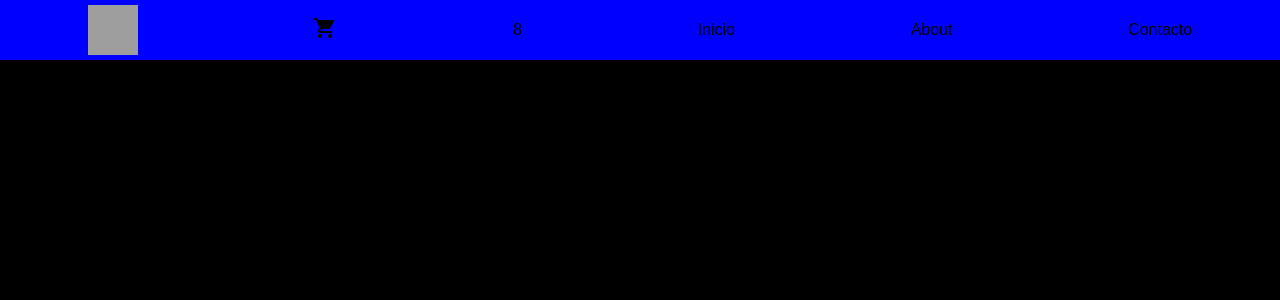
Repository: Toydrum/React-HectorCoronado
Page: /
The author's editor kept a copy of each file at every save. The page is drawn from the files as they stood at one save, then again after the next save.
The browser window is 1280 px wide. The pictures show the whole page.
Pictures or frames that could not be fetched are drawn as grey boxes. The page's requests for data from a server got no answer. The project was rebuilt for these pictures with package versions that can differ from the ones it lists, and the page was loaded fresh each time. No one was signed in, and anything a server would have sent is missing. Also part of the build but not shown: src/components/CardUser/CardUser.jsx.

Above is the page before, as saved 2023-06-17 01:19:50.

### src/index.css
body {
  margin: 0;
  font-family: -apple-system, BlinkMacSystemFont, 'Segoe UI', 'Roboto', 'Oxygen',
    'Ubuntu', 'Cantarell', 'Fira Sans', 'Droid Sans', 'Helvetica Neue',
    sans-serif;
  -webkit-font-smoothing: antialiased;
  -moz-osx-font-smoothing: grayscale;
  background-color:black;
}

code {
  font-family: source-code-pro, Menlo, Monaco, Consolas, 'Courier New',
    monospace;
}

### src/App.jsx
import React from 'react'
import './App.css';

//Components
import NavBar from "./components/Navbar/Navbar"
//import CardUser from "./components/CardUser/CardUser"
import CardList from "./components/CardList/CardList"

function App() {
  return (
    <div className="App">
      <NavBar />
      <div className='Cards-Container'>
        <CardList/>
      </div>
    </div>
  );
}

export default App;

### src/App.css
.App {
  display: flex;
  flex-direction: column;
  justify-content: center;
}

.Cards-Container{
  display: flex;
  width: 100%;
  justify-content: center;
}

### src/components/Navbar/Navbar.jsx
import React from "react";
import "./Navbar.css";
import ItemListContainer from "../Contenedor/ItemListContainer";
import CartWidget from "../CartWidged/CartWidget";
import logo from "./cat-logo.png";
const styles = {
  NavBar: {
    display: "flex",
    justifyContent: "space-around",
    alignItems: "center",
    listStyleType: "none",
    fontFamily: "sans-serif",
    backgroundColor: "blue",
    margin: 0,
    padding: 0,
    height: 60,
  },
};

const NavBar = () => {
  return (
    <>
      <nav>
        <ul style={styles.NavBar}>
          <img src={logo} className="catLogo" />
          <CartWidget />
          <ItemListContainer contador="8" />
          <li>
            <a className="link" href="https://www.google.com.mx/?hl=es">
              Inicio
            </a>
          </li>
          <li>
            <a className="link" href="https://www.google.com.mx/?hl=es">
              About
            </a>
          </li>
          <li>
            <a className="link" href="https://www.google.com.mx/?hl=es">
              Contacto
            </a>
          </li>
        </ul>
      </nav>
    </>
  );
};

export default NavBar;

### src/components/CardList/CardList.jsx
import React, { useState, useEffect } from "react";
import CardUser from "../CardUser/CardUser";
import "./CardList.css";

const CardList = () => {
  const [users, setUsers] = useState([]);

  useEffect(() => {
    fetch("https://648d19168620b8bae7ed8d6a.mockapi.io/api/bugs")
      .then((response) => response.json())
      .then((data) => setUsers(data));
  }, []);

  return (
    <div className="Cards-List">
      {users.map((user) => {
        return (
          <div key={user.id}>
            <CardUser data={user} />
          </div>
        );
      })}
    </div>
  );
};

export default CardList;

### src/components/Navbar/Navbar.css
img {
height: auto;
width: auto;

}

.link{
  text-decoration: none;
  color: black;

}

.catLogo{
  height: 50px;
  width: 50px;
}

### src/components/Contenedor/ItemListContainer.js
import React from 'react'

const ItemListContainer = (props) =>{
  return(
    <p>{props.contador}</p>

  )
}



export default ItemListContainer

### src/components/CartWidged/CartWidget.jsx
import React from 'react'
import ShoppingCartIcon from '@mui/icons-material/ShoppingCart';
const cart = () => {
  return (
    <div>
      <a href ="https://www.google.com.mx/?hl=es"style= {{color:"black"}}><ShoppingCartIcon/></a>
    </div>
  )
}

export default cart

### src/components/CardList/CardList.css
.Cards-List{
  display: grid;
  justify-content: space-around;
  align-content: space-around;
  align-items: center;
  grid-template-columns: 1fr 1fr 1fr;
}

Loaded but not shown: public/index.html (common file); src/index.js (common file)

After the next save:
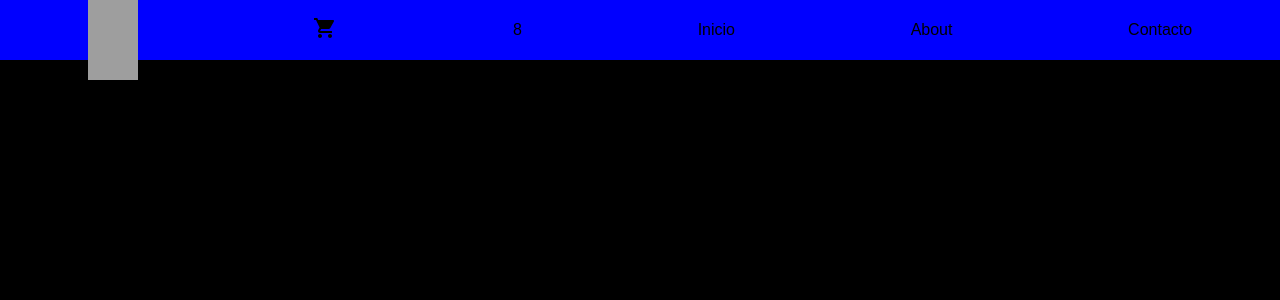
Saved 11 s later.
--- a/src/components/Navbar/Navbar.css
+++ b/src/components/Navbar/Navbar.css
@@ -11,6 +11,6 @@
 }
 
 .catLogo{
-  height: 50px;
+  height: 100px;
   width: 50px;
 }

After the save that followed:
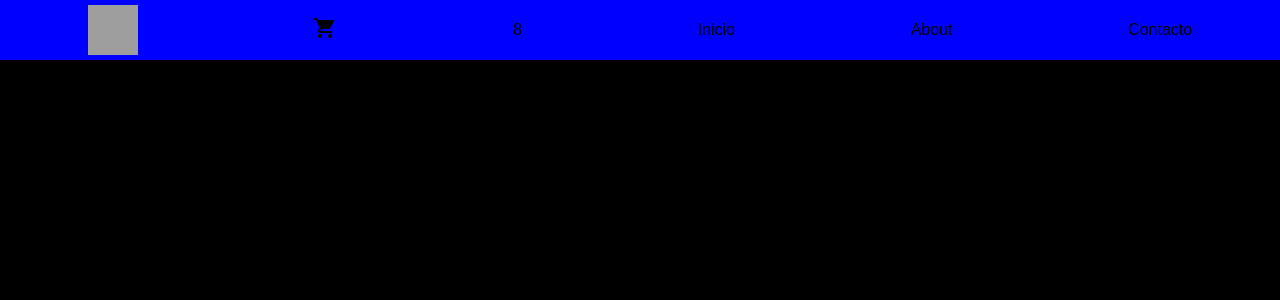
Saved 4 s later.
--- a/src/components/Navbar/Navbar.css
+++ b/src/components/Navbar/Navbar.css
@@ -11,6 +11,6 @@
 }
 
 .catLogo{
-  height: 100px;
+  height: 50px;
   width: 50px;
 }
